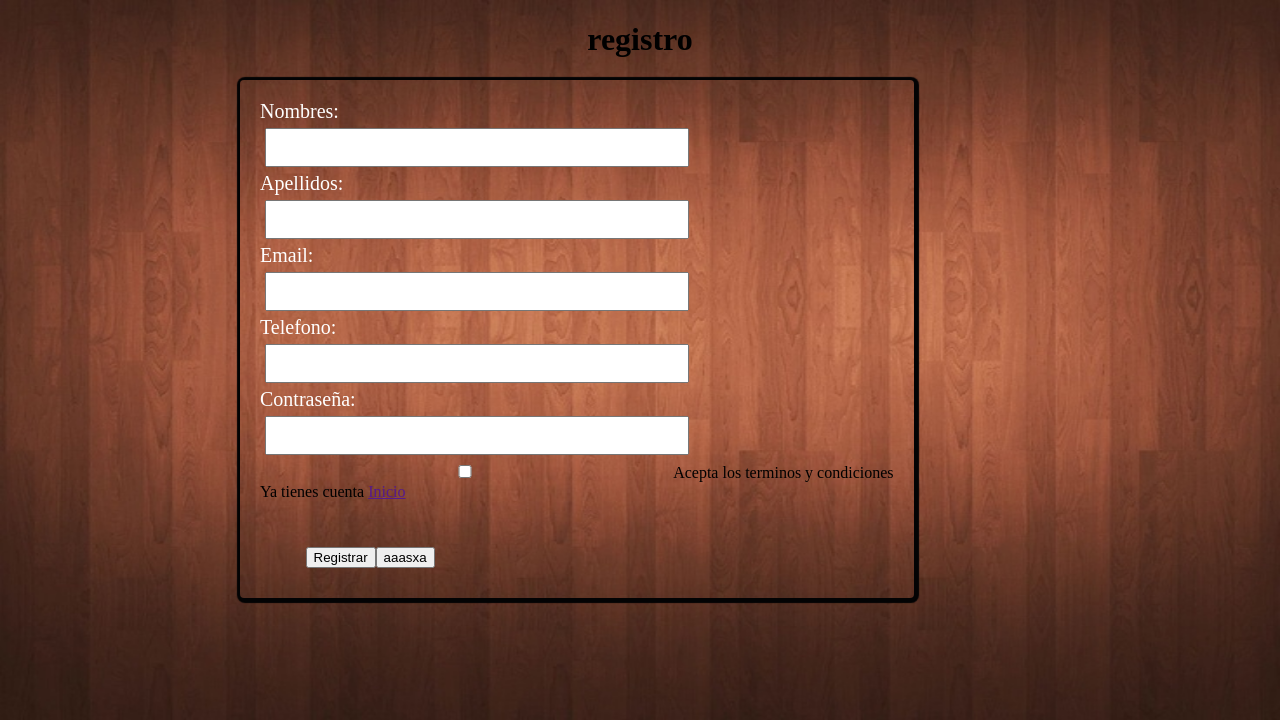
Repository: ye909/aplicacion_restaurante
Page: public/templeis/registro.html
These files come from the project's save history. The page is drawn as it stood at one moment and after the next save; the edit follows.
The browser window is 1280 px wide. The pictures show the whole page.

Above is the page before, as saved 2024-11-12 21:48:33.

After the next save:
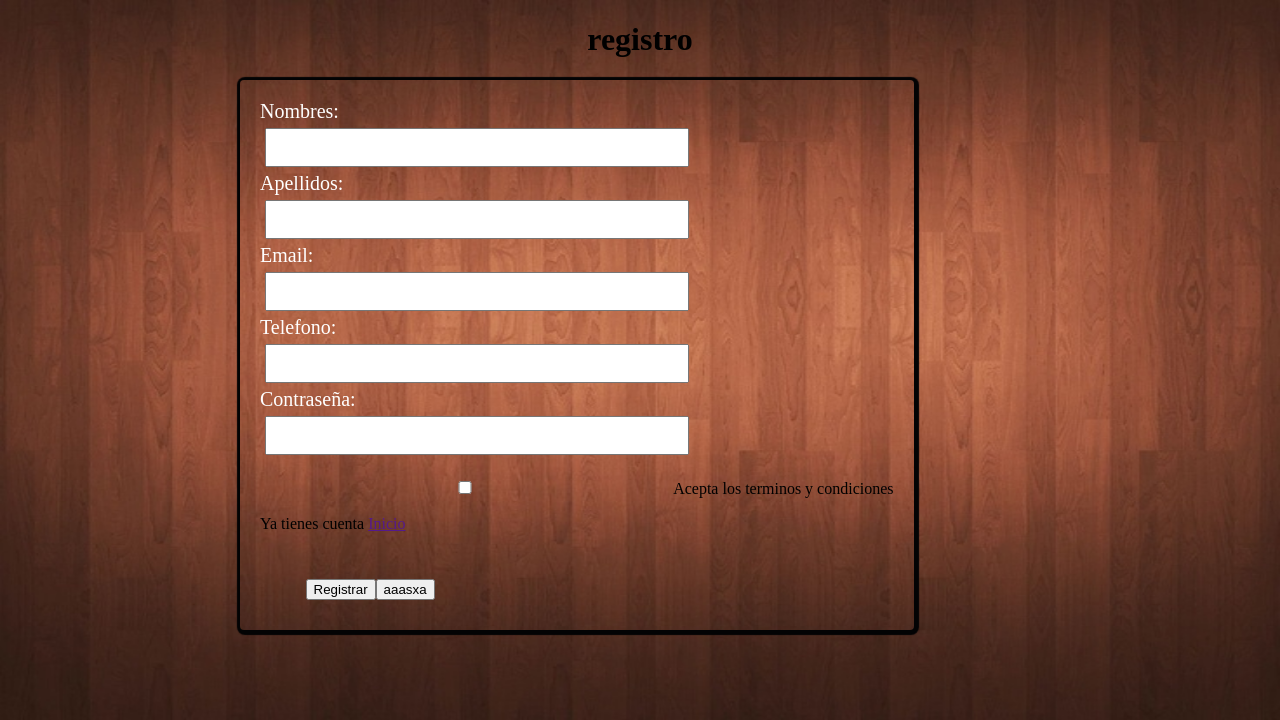
Saved 58 s later.
--- a/public/templeis/registro.html
+++ b/public/templeis/registro.html
@@ -24,7 +24,8 @@
             <br>
             <label for="password">Contraseña:</label><br>
             <input type="password" id="password" name="password">
-            <div><input type="checkbox"> Acepta los terminos y condiciones </div>
+            <p><input type="checkbox"> Acepta los terminos y condiciones</p>
+            <div> </div>
            <div> Ya tienes cuenta <a href="">Inicio</a></div>
             <br><br>
             <div class="container_btn">
